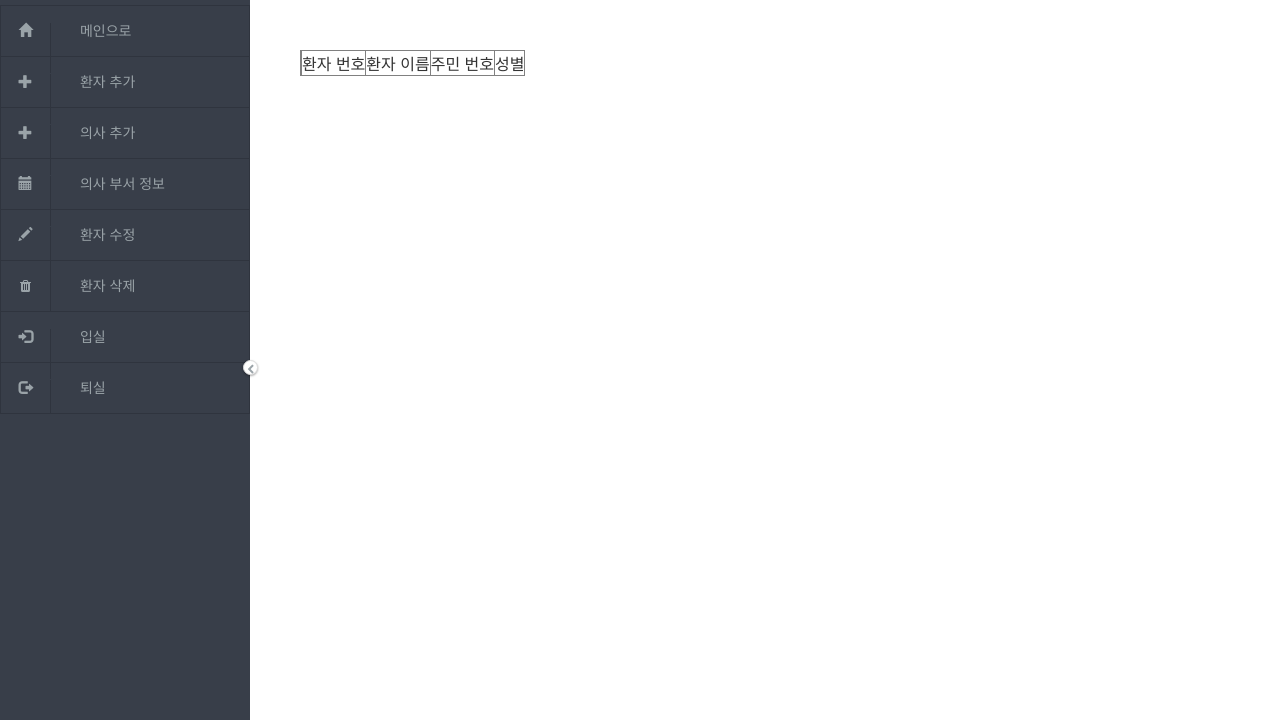
Repository: qaws1134/Hospital_manager
Page: http://localhost/project/delsel.jsp
The author's editor kept a copy of each file at every save. The page is drawn from the files as they stood at one save, then again after the next save.
The browser window is 1280 px wide. The pictures show the whole page.
Some web libraries are served in a nearby version. The page is served by Tomcat 9. Other server files are loaded and not shown. The template is opened directly, without the code that normally fills it, so the values that code supplies are empty.

Above is the page before, as saved 2017-12-09 17:17:52.
Console error (its wording comes from the project's code and is left out).

### project/WebContent/delsel.jsp
<%@ page language="java" contentType="text/html; charset=UTF-8"
    pageEncoding="UTF-8"%>
<%@ taglib uri="http://java.sun.com/jsp/jstl/core" prefix="c" %>
<html lang="kr">
	<head>

	<meta charset="UTF-8">
	<title>http://www.blueb.co.kr</title>
<link rel="stylesheet" href="http://netdna.bootstrapcdn.com/font-awesome/4.3.0/css/font-awesome.min.css">
<!-- 합쳐지고 최소화된 최신 CSS -->
<link rel="stylesheet" href="https://maxcdn.bootstrapcdn.com/bootstrap/3.3.2/css/bootstrap.min.css">
<!-- 부가적인 테마 -->
<link rel="stylesheet" href="https://maxcdn.bootstrapcdn.com/bootstrap/3.3.2/css/bootstrap-theme.min.css">

<!-- 합쳐지고 최소화된 최신 자바스크립트 -->
<script src="https://maxcdn.bootstrapcdn.com/bootstrap/3.3.2/js/bootstrap.min.js"></script>

<style type="text/css">
input[type="checkbox"]#menu_state {
  display: none;
}
input[type="checkbox"]:checked ~ nav {
  width: 250px;
}
input[type="checkbox"]:checked ~ nav label[for="menu_state"] i::before {
  content: "\f053";
}
input[type="checkbox"]:checked ~ nav ul {
  width: 100%;
}
input[type="checkbox"]:checked ~ nav ul li a i {
  border-right: 1px solid #2f343e;
}
input[type="checkbox"]:checked ~ nav ul li a span {
  opacity: 1;
  transition: opacity 0.25s ease-in-out;
}
input[type="checkbox"]:checked ~ main {
  left: 250px;
}
nav {
  position: fixed;
  z-index: 9;
  top: 0;
  left: 0;
  bottom: 0;
  background: #383e49;
  color: #9aa3a8;
  width: 50px;
  font-family: 'Montserrat', sans-serif;
  font-weight: lighter;
  transition: all 0.15s ease-in-out;
}
nav label[for="menu_state"] i {
  cursor: pointer;
  position: absolute;
  top: 50%;
  right: -8px;
  box-shadow: 0 1px 3px rgba(0,0,0,0.12), 0 1px 2px rgba(0,0,0,0.24);
  background: #fff;
  font-size: 10px;
  display: flex;
  justify-content: center;
  align-items: center;
  height: 15px;
  width: 15px;
  border-radius: 50%;
  border: 1px solid #ddd;
  transition: width 0.15s ease-in-out;
  z-index: 1;
}
nav label[for="menu_state"] i::before {
  margin-top: 2px;
  content: "\f054";
}
nav label[for="menu_state"] i:hover {
  box-shadow: 0 10px 20px rgba(0,0,0,0.19), 0 6px 6px rgba(0,0,0,0.23);
}
nav ul {
  overflow: hidden;
  display: block;
  width: 50px;
  list-style-type: none;
  padding: 0;
  margin: 0;
}
nav ul li {
  border: 1px solid #2f343e;
  position: relative;
}
nav ul li.unread:after {
  content: attr(data-content);
  position: absolute;
  top: 10px;
  left: 25px;
  display: flex;
  justify-content: center;
  align-items: center;
  width: 15px;
  height: 15px;
  border-radius: 50%;
  color: #fff;
  background: #ef5952;
  font-size: 8px;
}
nav ul li:not(:last-child) {
  border-bottom: none;
}
nav ul li.active a {
  background: #4c515d;
  color: #fff;
}
nav ul li a {
  position: relative;
  display: block;
  white-space: nowrap;
  text-decoration: none;
  color: #9aa3a8;
  height: 50px;
  width: 100%;
  transition: all 0.15s ease-in-out;
}
nav ul li a:hover {
  background: #4c515d;
  color: #fff;
}
nav ul li a * {
  height: 100%;
  display: inline-block;
}
nav ul li a i {
  text-align: center;
  width: 50px;
  z-index: 999999;
}
nav ul li a i.fa {
  line-height: 50px;
}
nav ul li a span {
  padding-left: 25px;
  opacity: 0;
  line-height: 50px;
  transition: opacity 0.1s ease-in-out;
}

</style>
</head>

<body>
<input type="checkbox" id="menu_state" checked>
<nav>
	<label for="menu_state"><i class="fa"></i></label>
	<ul>
    <li>
      <a href="main.do">
        <i class="glyphicon glyphicon-home"></i>
        <span>메인으로</span>   <!--환자 대기 목록,병실 목록 및 현황-->
      </a>
    </li>
		<li>
			<a href="P_addui.do">
				<i class="glyphicon glyphicon-plus"></i>
				<span>환자 추가</span>
			</a>
		</li>
		<li>
			<a href="D_addui.do">
				<i class="glyphicon glyphicon-plus"></i>
				<span>의사 추가</span>
			</a>
		</li>

		<li>
			<a href="D_clsif.do">
				<i class="glyphicon glyphicon-calendar"></i>
				<span>의사 부서 정보</span>
			</a>
		</li>

		<li>
			<a href="cristal.do">
				<i class="glyphicon glyphicon-pencil"></i>
				<span>환자 수정</span>
			</a>
		</li>
		<li>
			<a href="delsel.do">
				<i class="fa fa-trash"></i>
				<span>환자 삭제</span>
			</a>
		</li>
      <li>
      <a href="insel.do">
        <i class="glyphicon glyphicon-log-in"></i>
        <span>입실</span>
      </a>
    </li>
        <li>
      <a href="javascript:void(0)">
        <i class="glyphicon glyphicon-log-out"></i>
        <span>퇴실</span>
      </a>
    </li>
	</ul>
</nav>
<!-- 환자 정보	 -->
<section style="position:absolute; top:50px;left:300px">
      <table border="1">

      	<tr>
      		<td> </td>
      		<td>환자 번호</td>
      		<td>환자 이름</td>
      		<td>주민 번호</td>
      		<td>성별</td>
      	</tr>

      	<c:forEach items="${P_list}" var="dto">
	      	<tr>
	      		<td><a href="del.do?p_num=${dto.p_NUM}">삭제</a></td>
	      		<td>${dto.p_NUM}</td>
	      		<td>${dto.p_NAME}</td>
	      		<td>${dto.p_PERNUM}</td>
	      		<td>${dto.p_GENDER }</td>
	      	</tr>
		</c:forEach>
      </table>
</section>


</body>
</html>

After the next save:
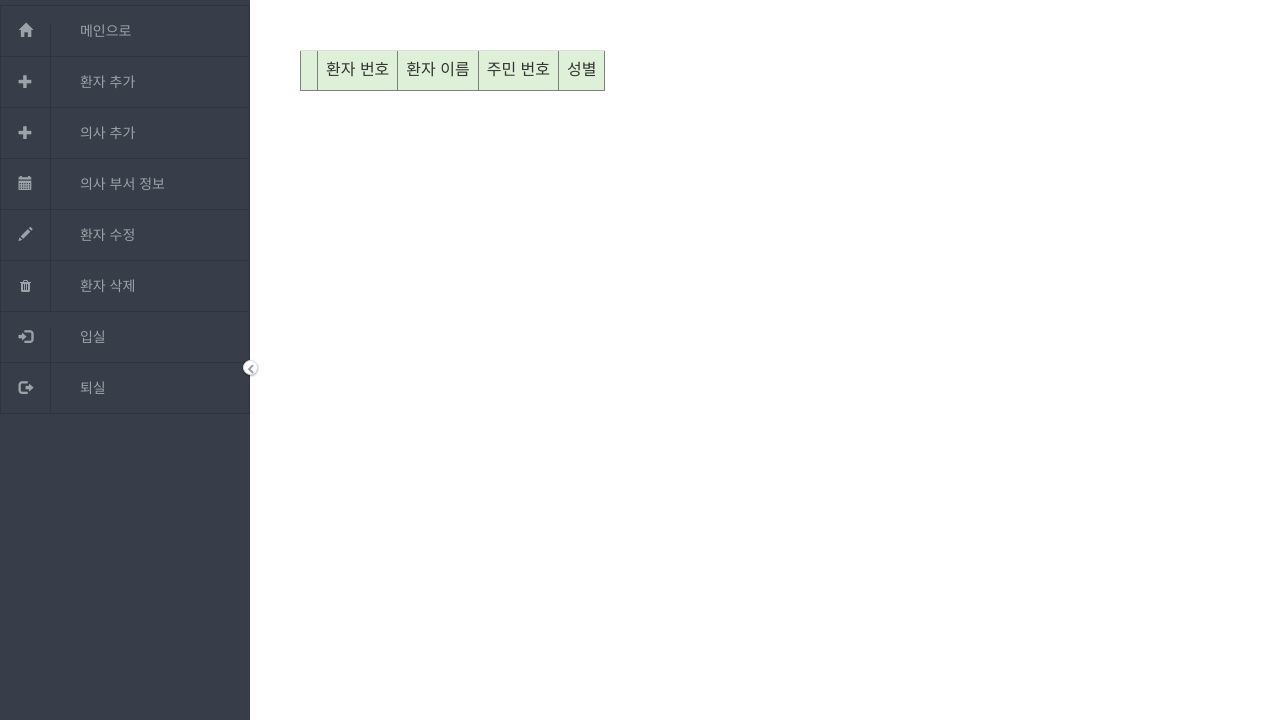
Saved 43 s later.
--- a/project/WebContent/delsel.jsp
+++ b/project/WebContent/delsel.jsp
@@ -205,9 +205,9 @@ nav ul li a span {
 </nav>
 <!-- 환자 정보	 -->
 <section style="position:absolute; top:50px;left:300px">
-      <table border="1">
-
-      	<tr>
+      <table border="1" class="table table-striped">
+
+      	<tr class="success">
       		<td> </td>
       		<td>환자 번호</td>
       		<td>환자 이름</td>
